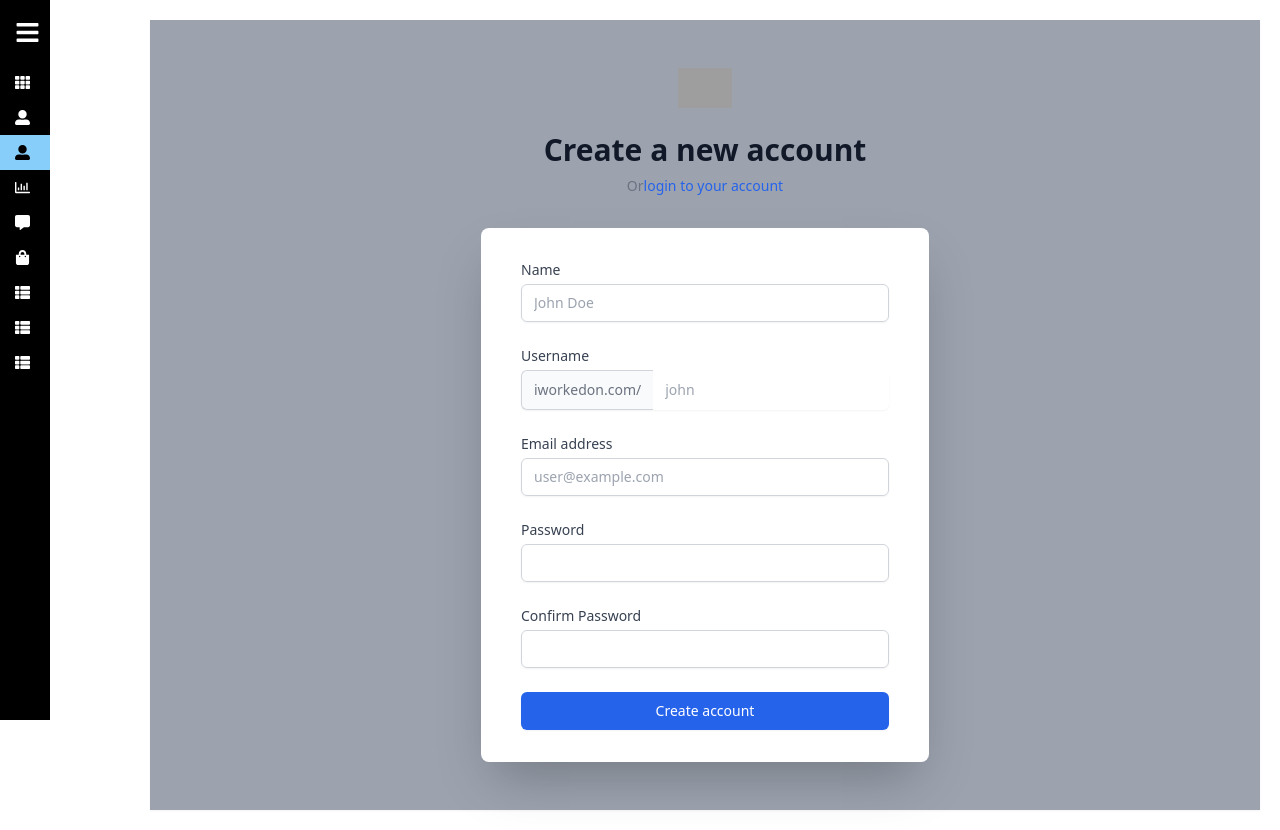
Repository: AndargWorku12/admin-dashboard
Page: /signup
An editor plug-in stored every save of this project. The page is shown before and after the next save, followed by the edit.
The browser window is 1280 px wide. The pictures show the whole page.
Pictures or frames that could not be fetched are drawn as grey boxes. The project was rebuilt for these pictures with package versions that can differ from the ones it lists, and the page was loaded fresh each time. Also part of the build but not shown: src/pages/Dashboard.tsx, src/pages/Orders.tsx, src/pages/Category.tsx, src/pages/Login.tsx, src/pages/Analytics.tsx, src/pages/CustemerReview.tsx, src/pages/ProductList.tsx, src/pages/ShopCard.tsx.

Above is the page before, as saved 2024-01-26 03:58:15.

After the next save:
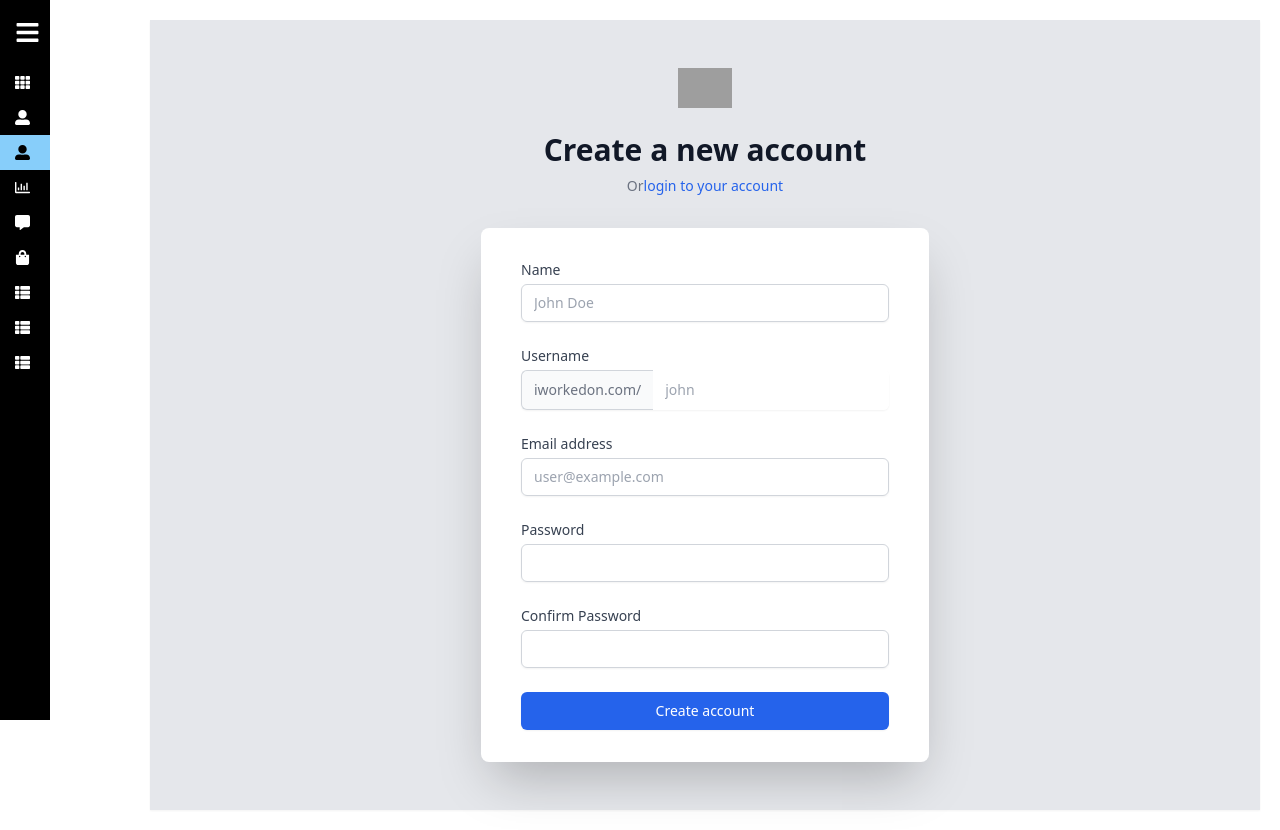
Saved 32 s later.
--- a/src/pages/SignUpForm.tsx
+++ b/src/pages/SignUpForm.tsx
@@ -3,7 +3,7 @@ import React from 'react';
 
 const SignUp: React.FC = () => {
   return (
-    <div className="min-h-screen bg-gray-400 flex flex-col justify-center py-12 sm:px-6 lg:px-8 shadow-sm ml-20">
+    <div className="min-h-screen bg-gray-200 flex flex-col justify-center py-12 sm:px-6 lg:px-8 shadow-sm ml-20">
       <div className="sm:mx-auto sm:w-full sm:max-w-md">
         <img
           className="mx-auto h-10 w-auto"
